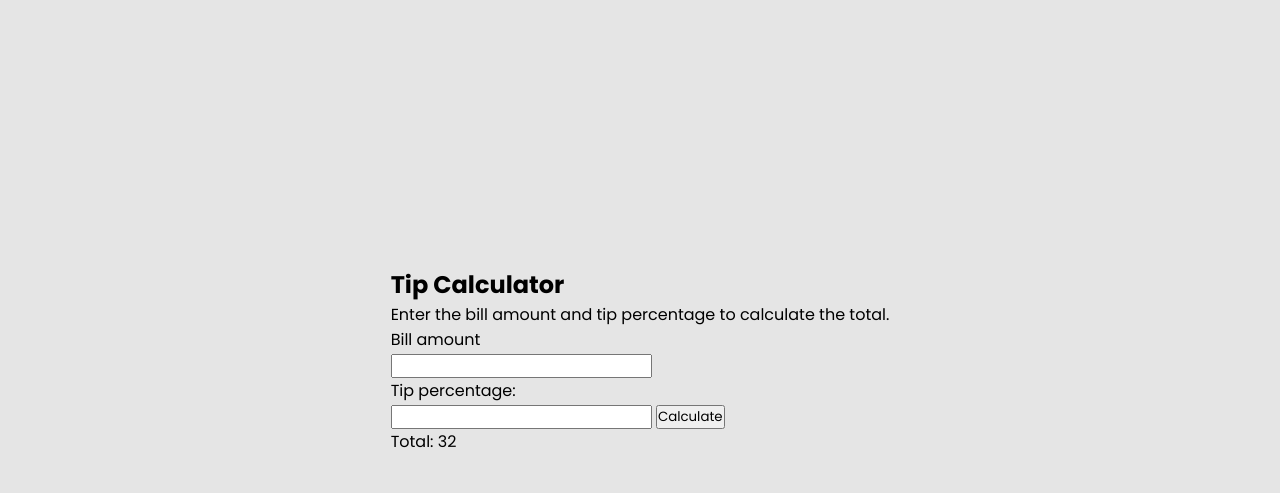
Repository: Ankitkr2021/Tip-Calculator
Page: index.html
The author's editor kept a copy of each file at every save. The page is drawn from the files as they stood at one save, then again after the next save.
The browser window is 1280 px wide. The pictures show the whole page.

Above is the page before, as saved 2025-10-27 10:49:45.

### index.html
<!DOCTYPE html>
<html lang="en">
<head>
    <meta charset="UTF-8">
    <meta name="viewport" content="width=device-width, initial-scale=1.0">
    <title>Tip Calculator</title>
    <link rel="stylesheet" href="./style.css">
</head>
<body>
    <div class="box">
        <h2>Tip Calculator</h2>
        <p>Enter the bill amount and tip percentage to calculate the total.</p>
        <p>Bill amount</p>
        <input type="number">
        <p>Tip percentage:</p>
        <input type="number">
        <button>Calculate</button>
        <p>Total: <span>32</span></p>
    </div>
</body>
</html>

### style.css
@import url('https://fonts.googleapis.com/css2?family=Poppins:wght@300;400;500;600;700&display=swap');

*{
    margin: 0;
    padding: 0;
    box-sizing: border-box;
    font-family: "Poppins",sans-serif;
}

body {
    height: 100vh;
    width: 100%;
    display: flex;
    align-items: center;
    justify-content: center;
    background: rgba(0,0,0,0.1);
}

.box {
    back
}

After the next save:
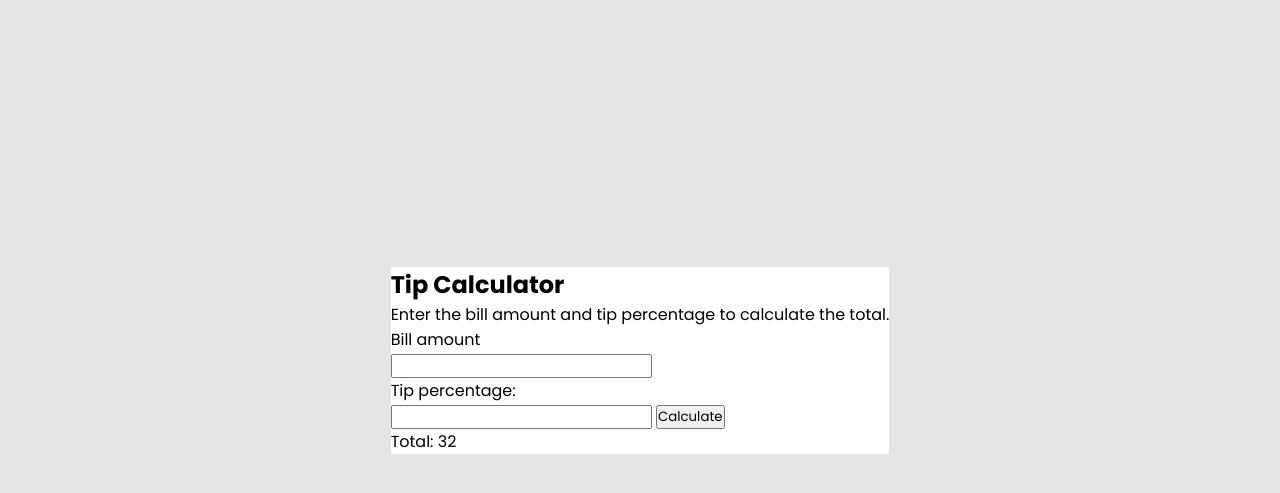
Saved 7 s later.
--- a/style.css
+++ b/style.css
@@ -17,5 +17,5 @@ body {
 }
 
 .box {
-    back
+    background: #fff;
 }
